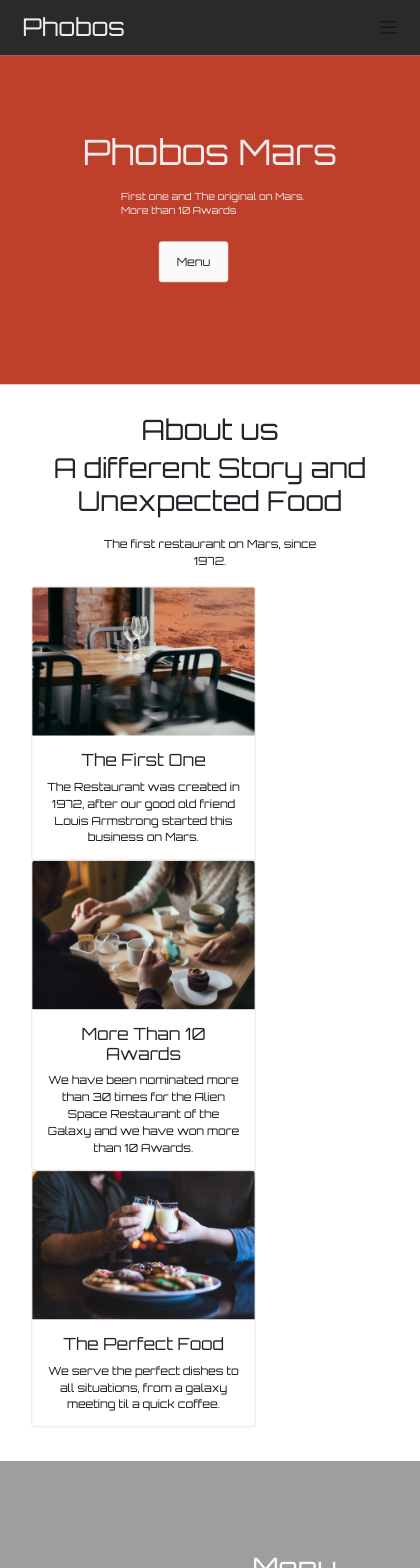
Repository: Code-Institute-Submissions/vinicald-Milestone-Project-1
Page: index.html
The author's editor kept a record of every edit. The page is drawn from the files as they stood at one moment, then again after the next edit.
The browser window is 600 px wide. The pictures show the part of the page from y = 0 to 2240 px (the page is 4824 px tall before and 5012 px after), at 70% of full size.
Pictures or frames that could not be fetched are drawn as grey boxes. Backgrounds fixed to the window are drawn as part of the page. Some web fonts or font styles are not loaded; a fallback is used. Some web libraries are served in a nearby version.

Above is the page before.

### index.html
<!DOCTYPE html>
<html lang="en">

<head>
    <meta charset="UTF-8">
    <meta name="viewport" content="width=device-width, initial-scale=1.0">
    <meta http-equiv="X-UA-Compatible" content="ie=edge">
    <link rel="stylesheet" href="https://stackpath.bootstrapcdn.com/bootstrap/4.3.1/css/bootstrap.min.css" integrity="sha384-ggOyR0iXCbMQv3Xipma34MD+dH/1fQ784/j6cY/iJTQUOhcWr7x9JvoRxT2MZw1T" crossorigin="anonymous">
    <link rel="stylesheet" href="https://cdnjs.cloudflare.com/ajax/libs/font-awesome/5.9.0/css/all.css" integrity="undefined" crossorigin="anonymous" />
    <link rel="stylesheet" href="https://cdnjs.cloudflare.com/ajax/libs/hover.css/2.3.1/css/hover-min.css" integrity="sha256-c+C87jupO1otD1I5uyxV68WmSLCqtIoNlcHLXtzLCT0=" crossorigin="anonymous" />
    <link rel="stylesheet" href="assets/css/style.css" type="text/css" />
    <title>Phobos - The Only One</title>
</head>

<body>

    <header>
        <nav class="navbar navbar-expand-lg navbar-light">
            <a href="#home" class="navbar-brand ml-3">Phobos</a>
            <button class="navbar-toggler" type="button" data-toggle="collapse" data-target="#navbarMenu" arial-controls="navbarMenu" aria-expand="false" aria-label="Toggle Navigation">
                <span class="navbar-toggler-icon"></span>
            </button>
            <div class="collapse navbar-collapse"></div>
            <div class="collapse navbar-collapse" id="navbarMenu">
                <ul class="navbar-nav ml-auto">
                    <li class="nav-item">
                        <a href="#home" class="nav-link">Home</a>
                    </li>
                    <li class="nav-item">
                        <a href="#aboutus" class="nav-link">About Us</a>
                    </li>
                    <li class="nav-item">
                        <a href="#menu" class="nav-link">Menu</a>
                    </li>
                    <li class="nav-item">
                        <a href="#bookatable" class="nav-link">Book a Table</a>
                    </li>
                    <li class="nav-item">
                        <a href="#contactus" class="nav-link">Contact Us</a>
                    </li>
                </ul>
            </div>
        </nav>
    </header>

    <main>
        <div class="container-fluid p-0" id="home">
            <div class="site-content">
                <div class="d-flex justify-content-center">
                    <div class="d-flex flex-column">
                        <h1 class="site-title">Phobos Mars</h1>
                        <p class="site-desc">First one and The original on Mars.<br>More than 10 Awards</br>
                        </p>
                        <div class="d-flex flex-row">
                            <input type="button" value="Menu" class="btn site-btn1 px-4 py-3 mr-4 btn-light">
                        </div>
                    </div>
                </div>
            </div>
        </div>

        <div class="aboutus" id="aboutus">
            <div class="container text-center">
                <h1 class="heading-1">About us</h1>
                <h1 class="heading-2">A different Story and Unexpected Food</h1>
                <p class="para-1">The first restaurant on Mars, since 1972.</p>
                <div class="row justify-content-center text-center">
                    <div class="col-md-4">
                        <div class="card">
                            <img src="assets/images/restaurante.jpg" alt="Image1" class="card-img-top"></img>
                            <div class="card-body">
                                <h4 class="card-title">
                                    The First One
                                </h4>
                                <p class="card-text">
                                    The Restaurant was created in 1972, after our good old friend Louis Armstrong started this business on Mars.
                                </p>
                            </div>
                        </div>
                    </div>
                    <div class="col-md-4">
                        <div class="card">
                            <img src="assets/images/couple-on-coffee-date.jpg" alt="Image2" class="card-img-top">
                            <div class="card-body">
                                <h4 class="card-title">
                                    More Than 10 Awards
                                </h4>
                                <p class="card-text">
                                    We have been nominated more than 30 times for the Alien Space Restaurant of the Galaxy and we have won more than 10 Awards.
                                </p>
                            </div>
                        </div>
                    </div>
                    <div class="col-md-4">
                        <div class="card">
                            <img src="assets/images/cheers-to-holiday-eggnog.jpg" alt="Image3" class="card-img-top">
                            <div class="card-body">
                                <h4 class="card-title">
                                    The Perfect Food
                                </h4>
                                <p class="card-text">
                                    We serve the perfect dishes to all situations, from a galaxy meeting til a quick coffee.
                                </p>
                            </div>
                        </div>
                    </div>

                </div>
            </div>
        </div>

        <div class="menu" id="menu">
            <div class="container-fluid">
                <div class="d-flex justify-content-end">
                    <div class="d-flex flex-column m-4">
                        <h1 class="heading-1">Menu</h1>
                        <p class="para">Check it below</p>
                        <input type="button" value="Menu" class="btn btn-danger">
                    </div>
                </div>
            </div>
        </div>

        <div class="bookatable" id="bookatable">
            <div class="container-fluid bookcontent">
                <div class="d-flex justify-content-center m-4">
                    <div class="cardtable">
                         <h4 class="card-title">Book a Table Now</h4>
                        <h5 class="card-header info-color dark-text text-center py-4">
                            <strong>Book a table</strong>
                            <p>Send us a request and we will confirm to you if your table has been booked.</p>
                        </h5>
                        <div class="card-body px-lg-5 pt-0">
                            <form class="text-center" style="color: #757575;" action="#!">
                                <div class="md-form mt-3">
                                    <label for="materialContactFormName">Name</label>
                                    <input type="text" id="materialContactFormName" class="form-control">
                                </div>
                                <div class="md-form">
                                    <label for="materialContactFormEmail">E-mail</label>
                                    <input type="email" id="materialContactFormEmail" class="form-control">
                                </div>
                                <span>What time?</span>
                                <select class="mdb-select">
                                    <option value="" disabled>Choose option</option>
                                    <option value="1" selected>Morning</option>
                                    <option value="2">Afternoon</option>
                                    <option value="3">Evening</option>
                                </select>
                                <span>How many?</span>
                                <select class="mdb-select">
                                    <option value="" disabled>Choose option</option>
                                    <option value="1" selected>1</option>
                                    <option value="2">2</option>
                                    <option value="3">3</option>
                                    <option value="3">4</option>
                                    <option value="3">5+</option>
                                </select>
                                <div class="md-form">
                                    <label for="materialContactFormMessage">Let us know about any special request.</label>
                                    <textarea id="materialContactFormMessage" class="form-control md-textarea" rows="3"></textarea>
                                </div>
                                <button class="btn btn-outline-info btn-rounded btn-block z-depth-0 my-4 waves-effect" type="submit">Send</button>
                            </form>
                        </div>
                    </div>
                </div>
            </div>
        </div>


        <div class="contactus bg-dark" id="contactus">
            <div class="container">
                <div class="row">
                    <div class="col-md-7">
                        <img src="assets/images/logo mars.png" class="img-fluid" alt="Image7" width="590">
                    </div>
                    <div class="col-md-5">
                        <h1 class="text-white">
                            Contact Us<br> Best Restaurant Nice Team to Work With.
                        </h1>
                        <p class="para-1">Send us your message or just your CV and we will contact you.</p>
                        <div class="center-form">
                            <form>
                                <input type="text" name="name" id="fullname" class="form-control" placeholder="Name" required/>
                                <input type="email" name="email" id="emailaddress" class="form-control" placeholder="Email" required/>
                                <input type="textarea" row="5" name="projectsummary" id="projectsummary" class="form-control" placeholder="Message" required/>
                                <div class="form-row text-center">
                                    <div class="col">
                                        <button type="submit" class="btn btn-secondary">Contact us</button>
                                    </div>
                                </div>
                        </div>
                    </div>
                </div>
            </div>
    </main>

    <footer>
        <div class="social text-center">
            <h4 style="margin-top: 5%">Best Restaurant - Mars 2019.</h4>
            <h4 class="my-4">Follow us below.</h4>
            <div class="social" style="margin: 5%;">
                <div class="d-flex flex-row justify-content-center">
                    <a href="#" target="_blank"><i class="fab fa-facebook-f m-2"></i></a>
                    <a href="#" target="_blank"><i class="fab fa-twitter m-2"></i></a>
                    <a href="#" target="_blank"><i class="fab fa-instagram m-2"></i></a>
                    <a href="#" target="_blank"><i class="fab fa-youtube m-2"></i></a>
                </div>
            </div>
            <hr>
            <h5 style="color: black">Phobos - Mars &copy</h5>
        </div>
    </footer>
    <script src="https://code.jquery.com/jquery-3.3.1.slim.min.js" integrity="sha384-q8i/X+965DzO0rT7abK41JStQIAqVgRVzpbzo5smXKp4YfRvH+8abtTE1Pi6jizo" crossorigin="anonymous"></script>
    <script src="https://cdnjs.cloudflare.com/ajax/libs/popper.js/1.14.7/umd/popper.min.js" integrity="sha384-UO2eT0CpHqdSJQ6hJty5KVphtPhzWj9WO1clHTMGa3JDZwrnQq4sF86dIHNDz0W1" crossorigin="anonymous"></script>
    <script src="https://stackpath.bootstrapcdn.com/bootstrap/4.3.1/js/bootstrap.min.js" integrity="sha384-JjSmVgyd0p3pXB1rRibZUAYoIIy6OrQ6VrjIEaFf/nJGzIxFDsf4x0xIM+B07jRM" crossorigin="anonymous"></script>
</body>

</html>

### assets/css/style.css
@import url('https://fonts.googleapis.com/css?family=Lexend+Deca: 100, 200, 300, 400, 500, 600, 700|Lato|Overlock+SC|Pacifico|Righteuos|Roboto|Orbitron|Exo:100, 200, 300, 400, 500, 600, 700');

body {
    padding: 0%;
    margin: 0%;
    font-family: "Lato";
}

/* Heading */

.navbar {
    background-color: #2B2A2B;
}

.navbar-brand {
    font-family: "Orbitron";
    font-size: 35px;
    color: #F0E9EE !important;
}

.nav-link {
    font-size: 16px;
    margin: 15px;
    color: grey !important;
    font-family: "Orbitron";
}

.nav-link:hover {
    color: #fafafa !important;
}

.action .nav-link {
    color: #fafafa !important;
}


/* Main Container */

.site-content {
    background-color: #BF402A;
    background-size: cover;
}

.site-title,
.site-desc {
    color: #F0E9EE;
    font-family: "Orbitron";
}

.site-title {
    margin-top: 30%;
    margin-bottom: 6%;
    font-size: 50px;
    text-align: center;
}

.site-desc {
    font-size: 14px;
    padding-left: 15%;
}

.site-btn1 {
    background-color: #fafafa;
    font-family: "Orbitron";
}

.site-btn1 {
    margin-top: 5%;
    margin-bottom: 40%;
    margin-left: 30%;
}

/* About Us */

.aboutus .heading-1 {
    margin-top: 8%;
    font-family: "Orbitron";
}

.aboutus .heading-2 {
    margin-bottom: 5%;
    font-size: 39px;
    font-family: "Orbitron";
}

.aboutus .para-1 {
    width: 60%;
    margin-left: 20%;
    margin-bottom: 5%;
    font-family: "Orbitron";
}

.aboutus .card-text,
.para-1 {
    color: #161616;
}

.aboutus {
    margin-bottom: 8%;
}

.card {
    width: 20rem;
}

/* Menu */

.menu .container-fluid {
    background-image: url('../images/berry-cheesecake.jpg');
    background-size: cover;
    background-attachment: fixed;
    padding-bottom: 5%;
}


.m-4 {
    margin: 6.5rem!important;
}

.menu .heading-1 {
    margin-top: 20%;
    margin-bottom: 4%;
    font-family: "Orbitron";
    width: 80%;
    color: #fafafa;
}

.menu .para {
    width: 100%;
    font-family: "Roboto";
    color: #fafafa;
    margin-bottom: 7%;
}

.menu .btn {
    margin-bottom: 15%;
    width: 60%;
    padding: 3% 5%;
}

/* Book a Table */

.bookatable {
    background-color: lightgrey;
}

.bookatable .bookcontent {
    padding-top: 1%;
    padding-bottom: 1%;
}

.bookatable .card-title {
    font-family: "Orbitron";
    padding-bottom: 2%;
    text-align: center;
}

.cardtable {
    max-width: 70%;
}

.card-header {
    font-family: "Orbitron";
}

.card-body {
    font-family: "Orbitron";
}

/* Contact Us */

.contactus {
    margin-top: 0%;
}

.contactus .row .col-md-7 .col-md-5 {
    margin-top: 10%;
    margin-bottom: 10%;
}

.contactus h1 {
    color: white;
    font-family: "Orbitron";
    line-height: 50px;
    font-size: 30px;
    text-decoration: none;
    margin-top: 20%;
}

.contactus .para-1 {
    color: white;
    font-family: "Orbitron";
    font-size: 23px;
    margin-top: 12%;
    margin-bottom: 10%;
}

.contactus .center-form {
    margin-bottom: 10%;
}

.contactus .form-control {
    margin-bottom: 5%;
}

/* Social */

.social {
    font-family: "Orbitron";
}

.social i {
    color: red;
    font-size: 20px;
}

/* Media */

@media screen and (max-width: 768px) {
    .menu .card {
        width: 14rem;
    }

    .bookatable .col-md-7 img {
        width: 350px;
    }
}

@media screen and (max-width: 320px) {
    .site-content .site-title {
        font-size: 30px;
        padding: 15%;
    }

    .site-content .site-btn1 {
        margin-left: 15%;
    }

    .aboutus .heading-1,
    section-1 .heading-2 {
        font-size: 25px;
    }

    .aboutus .col-md-4 {
        padding: 5%;
        margin-left: 8%;
    }

    .aboutus .card {
        width: 15rem;
    }

    .bookatable .col-md-5 {
        width: 15rem;
    }

    footer input[type="button"] {
        margin-top: 5%;
    }
}

After the next edit:
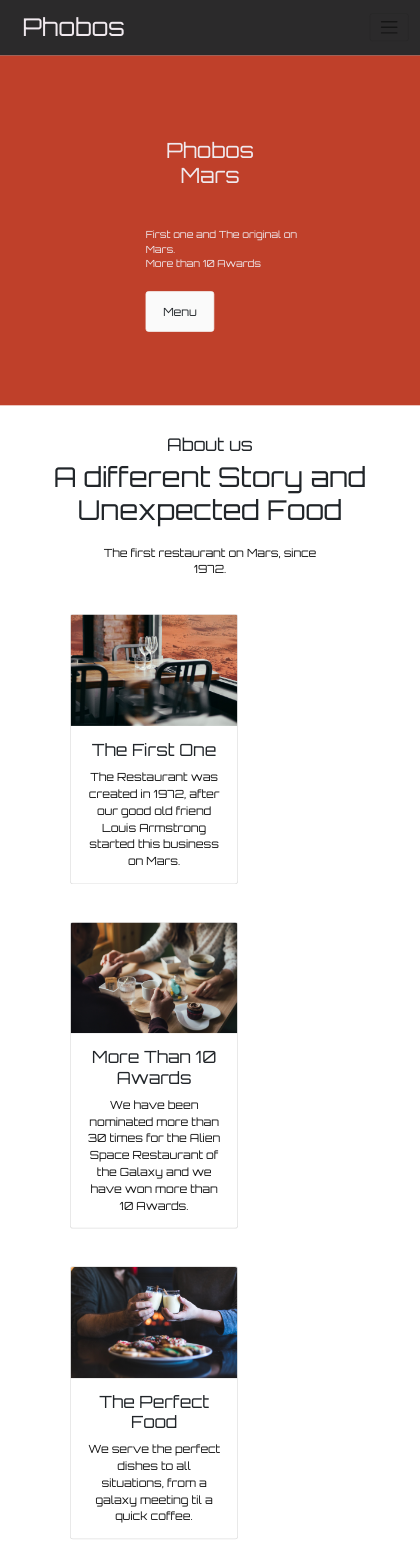
The edit:
--- a/assets/css/style.css
+++ b/assets/css/style.css
@@ -226,6 +226,45 @@
     }
 }
 
+@media screen and (max-width: 640px) {
+
+    .main {
+        padding: 0;
+    }
+
+    .site-content .site-title {
+        font-size: 30px;
+        padding: 15%;
+    }
+
+    .site-content .site-btn1 {
+        margin-left: 15%;
+    }
+
+    .aboutus .heading-1,
+    section-1 .heading-2 {
+        font-size: 25px;
+    }
+
+    .aboutus .col-md-4 {
+        padding: 5%;
+        margin-left: 8%;
+    }
+
+    .aboutus .card {
+        width: 15rem;
+    }
+
+    .bookatable .col-md-5 {
+        width: 15rem;
+    }
+
+    footer input[type="button"] {
+        margin-top: 5%;
+    }
+}
+
+
 @media screen and (max-width: 320px) {
     .site-content .site-title {
         font-size: 30px;
